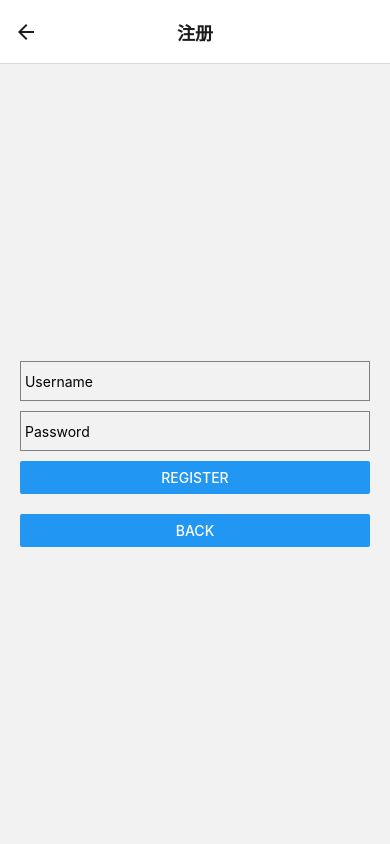
Repository: RidenShogunei/reactnative--make-an-app
Screen: /register (app in Myapp/)
These files come from the project's save history. The screen is drawn as it stood at one moment and after a run of saves; the edit follows.
The app was drawn by React Native's web renderer in a window 390 px wide. The project was rebuilt for these pictures with package versions that can differ from the ones it lists, and the page was loaded fresh each time.

Above is the screen before, as saved 2024-04-20 19:20:43.

### Myapp/App.js
import { NavigationContainer } from '@react-navigation/native';
import { createStackNavigator } from '@react-navigation/stack';

const Stack = createStackNavigator();
import Login from './pages/login'
import Register from './pages/register'
function App() {
  return (
    <NavigationContainer>
      <Stack.Navigator initialRouteName="login">
        <Stack.Screen
          name="login"
          component={Login}
          options={{
            title: '登录',
            headerTitleAlign: 'center', // 设置标题居中
            headerTitleStyle: {
              fontWeight: 'bold', // 设置标题字体为粗体
            },
          }}
        />
        <Stack.Screen
          name="register"
          component={Register}
          options={{
            title: '注册',
            headerTitleAlign: 'center', // 设置标题居中
            headerTitleStyle: {
              fontWeight: 'bold', // 设置标题字体为粗体
            },
          }}
        />
      </Stack.Navigator>
    </NavigationContainer>
  );
}

export default App;

### Myapp/pages/login.jsx
// Login.jsx
import React, { useState } from 'react';
import { View, TextInput, Button, StyleSheet } from 'react-native';
import { useNavigation } from '@react-navigation/native';

const Login = () => {
  const [username, setUsername] = useState('');
  const [password, setPassword] = useState('');
  const navigation = useNavigation();

  const handleLogin = () => {
    // 这里应该进行登录的逻辑处理
    // 如果登录成功，可以导航到其他界面
  };

  return (
    <View style={styles.container}>
      <TextInput
        style={styles.input}
        placeholder=" Username"
        value={username}
        onChangeText={setUsername}
      />
      <TextInput
        style={styles.input}
        placeholder=" Password"
        secureTextEntry
        value={password}
        onChangeText={setPassword}
      />

    <View style={styles.buttonContainer}>
      <Button title="Login" onPress={handleLogin} />
      <View style={styles.spacingView}/>
      <Button title="Register" onPress={() => navigation.navigate('register')}/>
    </View>
    </View>
  );
};

const styles = StyleSheet.create({
  container: { flex: 1, padding: 20, justifyContent: 'center' },
  input: { height: 40, borderColor: 'gray', borderWidth: 1, marginBottom: 10 },
  buttonContainer: {
    justifyContent: 'center',
  },
  spacingView: {
    height: 20, // 调整这个值可以改变按钮之间的距离
  }
});
export default Login;

### Myapp/pages/register.jsx
// Register.jsx
import React, { useState } from 'react';
import { View, TextInput, Button, StyleSheet } from 'react-native';
import { useNavigation } from '@react-navigation/native';

const Register = () => {
  const [username, setUsername] = useState('');
  const [password, setPassword] = useState('');
  const navigation = useNavigation();

  const handleRegister = () => {
    // 这里应该进行登录的逻辑处理
    // 如果登录成功，可以导航到其他界面
  };

  return (
    <View style={styles.container}>
      <TextInput
        style={styles.input}
        placeholder=" Username"
        value={username}
        onChangeText={setUsername}
      />
      <TextInput
        style={styles.input}
        placeholder=" Password"
        secureTextEntry
        value={password}
        onChangeText={setPassword}
      />

    <View style={styles.buttonContainer}>
      <Button title="Register" onPress={handleRegister} />
      <View style={styles.spacingView}/>
      <Button title="Back" onPress={() => navigation.navigate('login')}/>
    </View>
    </View>
  );
};

const styles = StyleSheet.create({
  container: { flex: 1, padding: 20, justifyContent: 'center' },
  input: { height: 40, borderColor: 'gray', borderWidth: 1, marginBottom: 10 },
  buttonContainer: {
    justifyContent: 'center',
  },
  spacingView: {
    height: 20, // 调整这个值可以改变按钮之间的距离
  }
});

export default Register;

After the next 2 saves:
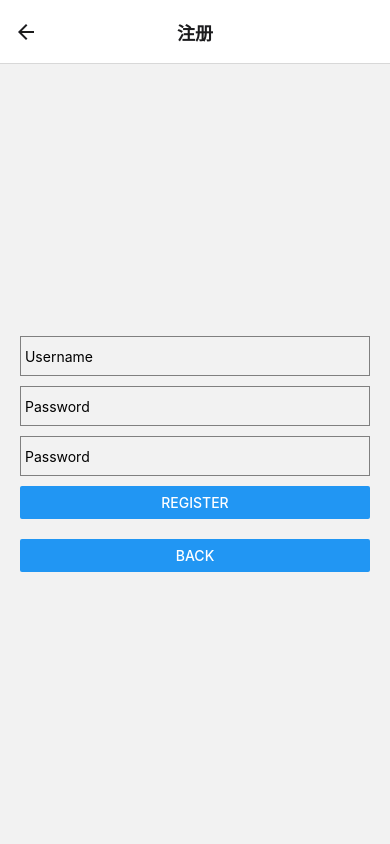
The 2 saves are shown as one change because they came seconds apart.
The last was saved 10 s later.
--- a/Myapp/pages/register.jsx
+++ b/Myapp/pages/register.jsx
@@ -1,11 +1,11 @@
 // Register.jsx
-import React, { useState } from 'react';
-import { View, TextInput, Button, StyleSheet } from 'react-native';
-import { useNavigation } from '@react-navigation/native';
+import React, { useState } from "react";
+import { View, TextInput, Button, StyleSheet } from "react-native";
+import { useNavigation } from "@react-navigation/native";
 
 const Register = () => {
-  const [username, setUsername] = useState('');
-  const [password, setPassword] = useState('');
+  const [username, setUsername] = useState("");
+  const [password, setPassword] = useState("");
   const navigation = useNavigation();
 
   const handleRegister = () => {
@@ -28,25 +28,31 @@ const Register = () => {
         value={password}
         onChangeText={setPassword}
       />
-
-    <View style={styles.buttonContainer}>
-      <Button title="Register" onPress={handleRegister} />
-      <View style={styles.spacingView}/>
-      <Button title="Back" onPress={() => navigation.navigate('login')}/>
-    </View>
+      <TextInput
+        style={styles.input}
+        placeholder=" Password"
+        secureTextEntry
+        value={password}
+        onChangeText={setPassword}
+      />
+      <View style={styles.buttonContainer}>
+        <Button title="Register" onPress={handleRegister} />
+        <View style={styles.spacingView} />
+        <Button title="Back" onPress={() => navigation.navigate("login")} />
+      </View>
     </View>
   );
 };
 
 const styles = StyleSheet.create({
-  container: { flex: 1, padding: 20, justifyContent: 'center' },
-  input: { height: 40, borderColor: 'gray', borderWidth: 1, marginBottom: 10 },
+  container: { flex: 1, padding: 20, justifyContent: "center" },
+  input: { height: 40, borderColor: "gray", borderWidth: 1, marginBottom: 10 },
   buttonContainer: {
-    justifyContent: 'center',
+    justifyContent: "center",
   },
   spacingView: {
     height: 20, // 调整这个值可以改变按钮之间的距离
-  }
+  },
 });
 
 export default Register;
